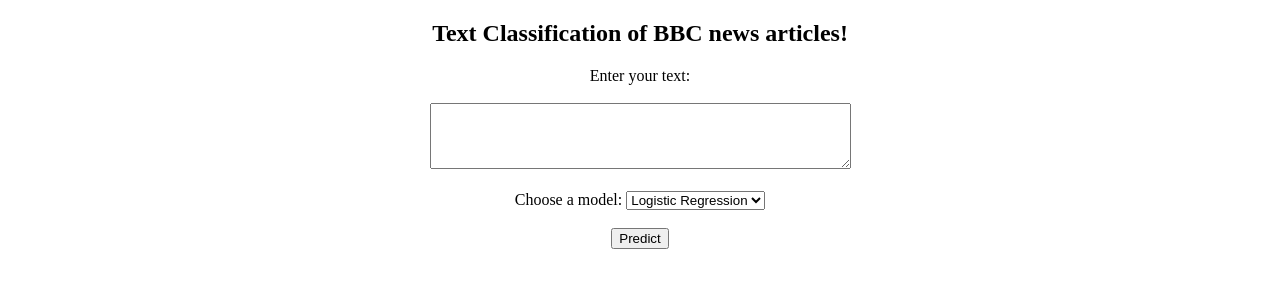
Repository: erlisasadiku/AI-ML
Page: index.html
The author's editor kept a copy of each file at every save. The page is drawn from the files as they stood at one save, then again after the next save.
The browser window is 1280 px wide. The pictures show the whole page.

Above is the page before, as saved 2025-10-03 17:05:06.

After the next save:
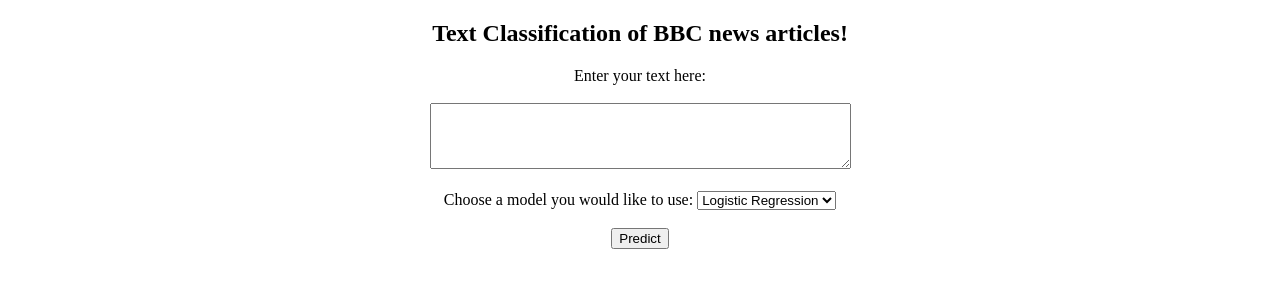
Saved 47 s later.
--- a/index.html
+++ b/index.html
@@ -9,10 +9,10 @@
     <div style="text-align: center;">
     <h2>Text Classification of BBC news articles!</h2>
 
-    <label for="text">Enter your text:</label><br><br>
+    <label for="text">Enter your text here:</label><br><br>
     <textarea id="text" rows="4" cols="50"></textarea><br><br>
 
-    <label for="model">Choose a model:</label>
+    <label for="model">Choose a model you would like to use:</label>
     <select id="model">
         <option value="logistic">Logistic Regression</option>
         <option value="naive_bayes">Naive Bayes</option>
